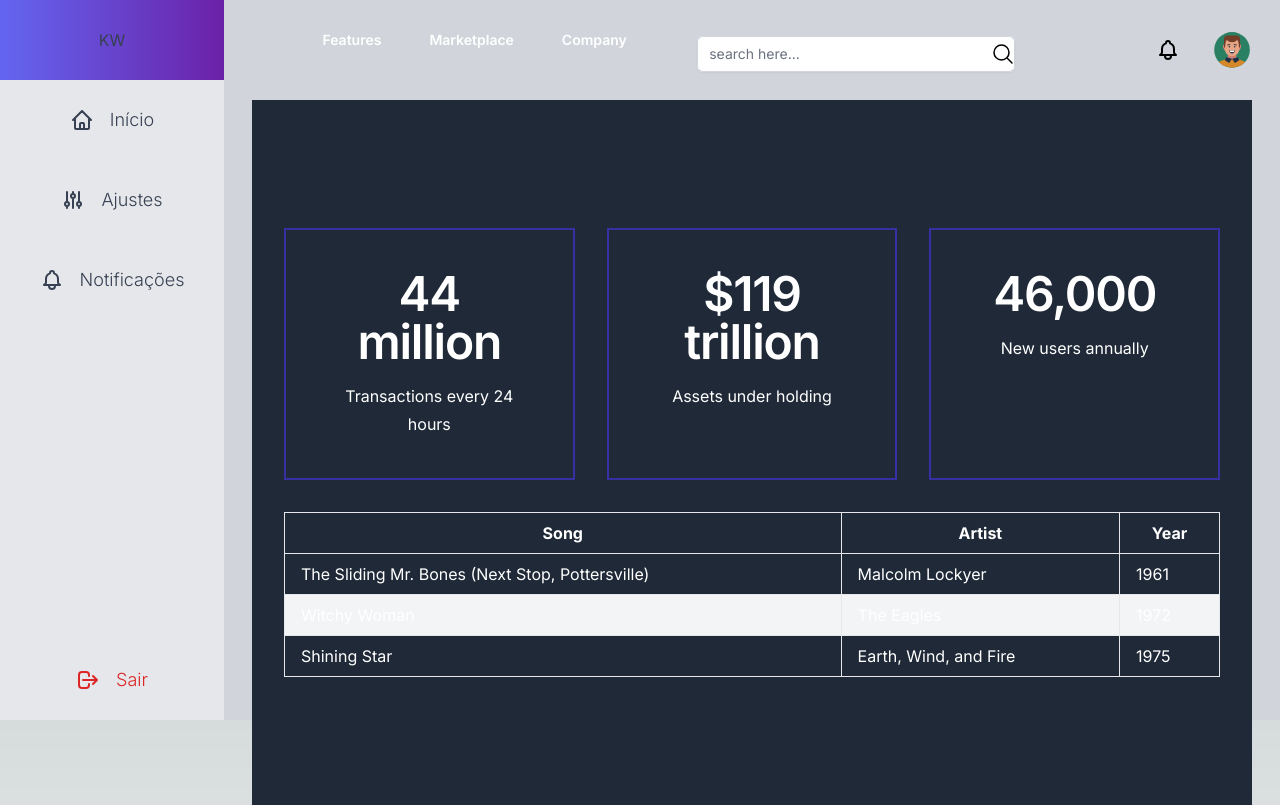
Repository: KennedyWanderson/AdminDashboard
Page: / (app in Code/admindashboard/)
An editor plug-in stored every save of this project. The page is shown before and after a run of saves, followed by the edit.
The browser window is 1280 px wide. The pictures show the whole page.
The project was rebuilt for these pictures with package versions that can differ from the ones it lists, and the page was loaded fresh each time. The framework's server and built-in components were replaced by stand-ins that run in the browser. Also part of the build but not shown: Code/admindashboard/next.config.mjs.

Above is the page before, as saved 2024-06-23 15:53:32.

### Code/admindashboard/src/app/layout.js
import { Inter } from "next/font/google";
import "./globals.css";

const inter = Inter({ subsets: ["latin"] });

export const metadata = {
  title: "Admin Dashboard",
  description: "Generated by Kennedy Wanderson",
};

export default function RootLayout({ children }) {
  return (
    <html lang="en">
      <body className={inter.className}>{children}</body>
    </html>
  );
}

### Code/admindashboard/src/app/page.js
import Layout from "@/components/Layout";

export default function Home() {
  return (
    <Layout>
      Content
    </Layout>
  )
}

### Code/admindashboard/src/components/Layout.jsx
"use client";

import { useState } from "react";
import Content from "./Content";
import Header from "./Header";
import LateralMenu from "./LateralMenu";
import HomePage from "./Home";


export default function Layout() {
    const [activeComponent, setActiveComponent] = useState("HomePage");

    const renderActiveComponent = () => {
        switch (activeComponent) {
            case "HomePage":
                return <HomePage />;
            default:
                return <HomePage />;
        }
    };

    return (
        <div className={`flex h-screen w-screen`}>
            <LateralMenu setActiveComponent={setActiveComponent} />
            <div className={`
                flex flex-col w-full p-7
                bg-gray-300 dark:bg-gray-800
            `}>
                <Header />
                <Content>
                    {renderActiveComponent()}
                </Content>
            </div>
        </div>
    );
}

### Code/admindashboard/src/components/Content.jsx
export default function Content({ children }) {
    return (
        <div className={`
            flex flex-col mt-7
            dark:text-gray-200
        `}>
            {children}
        </div>
    );
}

### Code/admindashboard/src/components/Header.jsx
import AvatarUsuario from "./UserAvatar";
import { IconeSearch, IconeSino } from "./icons";

export default function Header({ titulo, subtitulo }) {


    return (
        <div className={`flex`}>
            <div>
                <h1 className={`
                font-black text-3xl
                text-gray-900 dark:text-gray-100
            `}>
                    {titulo}
                </h1>
                <h2 className={`
                font-light text-sm
                dark:text-gray-300
            `}>
                    {subtitulo}
                </h2>
            </div>
            <header className="flex flex-grow justify-center text-white">
                <nav className=" justify-center" aria-label="Global">

                    <div className="hidden lg:flex lg:gap-x-12">

                        <a href="#" className="text-sm font-semibold leading-6 text-white">Features</a>
                        <a href="#" className="text-sm font-semibold leading-6 text-white">Marketplace</a>
                        <a href="#" className="text-sm font-semibold leading-6 text-white">Company</a>
                    </div>


                </nav>

            </header>
            <div>
                <div className="relative mt-2 rounded-md shadow-sm">
                    <div className="pointer-events-none absolute inset-y-0 left-0 flex items-center pl-3">
                        <span className="text-gray-500 sm:text-sm">search here...</span>
                    </div>
                    <input type="text" name="search" id="search" className="block w-full rounded-md border-0 py-1.5 pl-7 pr-20 text-gray-900 ring-1 ring-inset ring-gray-300 placeholder:text-gray-400 focus:ring-2 focus:ring-inset focus:ring-indigo-600 sm:text-sm sm:leading-6" />
                    <div className="absolute inset-y-0 right-0 flex items-center">
                        {IconeSearch}
                    </div>
                </div>
            </div>

            <div className={`flex flex-grow justify-end items-center gap-8`}>

                {IconeSino}
                <AvatarUsuario />
            </div>
        </div>
    )
}

### Code/admindashboard/src/components/LateralMenu.jsx
"use client";

import MenuItem from "./ItemMenu";
import { IconeAjustes, IconeCasa, IconeSair, IconeSino } from "./icons";

export default function LateralMenu({ setActiveComponent }) {
    return (
        <aside className={`
            flex flex-col items-center
            bg-gray-200 text-gray-700
            dark:bg-gray-900
        `}>
            <div className={`
                flex flex-col items-center justify-center
                bg-gradient-to-r from-indigo-500 to-purple-800
                h-20 w-56
            `}>
                KW
            </div>
            <ul className="flex-grow">
                <MenuItem
                    texto="Início"
                    icone={IconeCasa}
                    onClick={() => setActiveComponent('HomePage')}
                />
                <MenuItem
                    texto="Ajustes"
                    icone={IconeAjustes}
                    onClick={() => setActiveComponent('Ajustes')}
                />
                <MenuItem
                    texto="Notificações"
                    icone={IconeSino}
                    onClick={() => setActiveComponent('Notificacoes')}
                />
            </ul>
            <ul>
                <MenuItem
                    texto="Sair"
                    icone={IconeSair}
                    className={`
                        text-red-600 dark:text-red-400
                        hover:bg-red-400 hover:text-white
                        dark:hover:text-white
                    `}
                />
            </ul>
        </aside>
    );
}

### Code/admindashboard/src/components/Home.jsx
export default function HomePage() {
    return (
        <div className="py-24 sm:py-32 bg-gray-800">
            <div className="mx-auto max-w-7xl px-6 lg:px-8">
                <dl className="grid grid-cols-1 gap-x-8 gap-y-16 text-center lg:grid-cols-3">
                    <div className="mx-auto flex max-w-xs flex-col w-full border-2 p-10 border-indigo-800 gap-y-4">
                        <dt className="text-base leading-7 text-white">Transactions every 24 hours</dt>
                        <dd className="order-first text-3xl font-semibold tracking-tight text-white sm:text-5xl">44 million</dd>
                    </div>
                    <div className="mx-auto flex max-w-xs flex-col w-full border-2 p-10 border-indigo-800 gap-y-4">
                        <dt className="text-base leading-7 text-white">Assets under holding</dt>
                        <dd className="order-first text-3xl font-semibold tracking-tight text-white sm:text-5xl">$119 trillion</dd>
                    </div>
                    <div className="mx-auto flex max-w-xs flex-col w-full border-2 p-10 border-indigo-800 gap-y-4">
                        <dt className="text-base leading-7 text-white">New users annually</dt>
                        <dd className="order-first text-3xl font-semibold tracking-tight text-white sm:text-5xl">46,000</dd>
                    </div>
                </dl>

                <table className="table-auto w-full mt-8 text-white">
                    <thead>
                        <tr className="">
                            <th className="px-4 py-2 border">Song</th>
                            <th className="px-4 py-2 border">Artist</th>
                            <th className="px-4 py-2 border">Year</th>
                        </tr>
                    </thead>
                    <tbody>
                        <tr className="even:bg-gray-100">
                            <td className="px-4 py-2 border">The Sliding Mr. Bones (Next Stop, Pottersville)</td>
                            <td className="px-4 py-2 border">Malcolm Lockyer</td>
                            <td className="px-4 py-2 border">1961</td>
                        </tr>
                        <tr className="even:bg-gray-100">
                            <td className="px-4 py-2 border">Witchy Woman</td>
                            <td className="px-4 py-2 border">The Eagles</td>
                            <td className="px-4 py-2 border">1972</td>
                        </tr>
                        <tr className="even:bg-gray-100">
                            <td className="px-4 py-2 border">Shining Star</td>
                            <td className="px-4 py-2 border">Earth, Wind, and Fire</td>
                            <td className="px-4 py-2 border">1975</td>
                        </tr>
                    </tbody>
                </table>
            </div>
        </div>
    )
}

### Code/admindashboard/src/components/UserAvatar.jsx


export default function AvatarUsuario({className}) {
    return (
            <img
                src={'/images/avatar.svg'}
                alt="Avatar do Usuário"
                className={`
                    h-10 w-10 rounded-full cursor-pointer
                    ${className}
                `}
            />

    )
}

### Code/admindashboard/src/components/icons/index.jsx
// Pra mais icones acessar... https://heroicons.com/

export const IconeSearch = (
    <svg xmlns="http://www.w3.org/2000/svg" fill="none" viewBox="0 0 24 24" strokeWidth={1.5} stroke="currentColor" className="size-6">
  <path strokeLinecap="round" strokeLinejoin="round" d="m21 21-5.197-5.197m0 0A7.5 7.5 0 1 0 5.196 5.196a7.5 7.5 0 0 0 10.607 10.607Z" />
</svg>


)

export const IconeCasa = (
    <svg xmlns="http://www.w3.org/2000/svg" className="h-6 w-6" fill="none" viewBox="0 0 24 24" stroke="currentColor">
        <path strokeLinecap="round" strokeLinejoin="round" strokeWidth={2} d="M3 12l2-2m0 0l7-7 7 7M5 10v10a1 1 0 001 1h3m10-11l2 2m-2-2v10a1 1 0 01-1 1h-3m-6 0a1 1 0 001-1v-4a1 1 0 011-1h2a1 1 0 011 1v4a1 1 0 001 1m-6 0h6" />
    </svg>
)

export const IconeAjustes = (
    <svg xmlns="http://www.w3.org/2000/svg" className="h-6 w-6" fill="none" viewBox="0 0 24 24" stroke="currentColor">
        <path strokeLinecap="round" strokeLinejoin="round" strokeWidth={2} d="M12 6V4m0 2a2 2 0 100 4m0-4a2 2 0 110 4m-6 8a2 2 0 100-4m0 4a2 2 0 110-4m0 4v2m0-6V4m6 6v10m6-2a2 2 0 100-4m0 4a2 2 0 110-4m0 4v2m0-6V4" />
    </svg>
)

export const IconeSino = (
    <svg xmlns="http://www.w3.org/2000/svg" className="h-6 w-6" fill="none" viewBox="0 0 24 24" stroke="currentColor">
        <path strokeLinecap="round" strokeLinejoin="round" strokeWidth={2} d="M15 17h5l-1.405-1.405A2.032 2.032 0 0118 14.158V11a6.002 6.002 0 00-4-5.659V5a2 2 0 10-4 0v.341C7.67 6.165 6 8.388 6 11v3.159c0 .538-.214 1.055-.595 1.436L4 17h5m6 0v1a3 3 0 11-6 0v-1m6 0H9" />
    </svg>
)

export const IconeSair = (
    <svg xmlns="http://www.w3.org/2000/svg" className="h-6 w-6" fill="none" viewBox="0 0 24 24" stroke="currentColor">
        <path strokeLinecap="round" strokeLinejoin="round" strokeWidth={2} d="M17 16l4-4m0 0l-4-4m4 4H7m6 4v1a3 3 0 01-3 3H6a3 3 0 01-3-3V7a3 3 0 013-3h4a3 3 0 013 3v1" />
    </svg>
)

export const IconeSol = (tamanho = 6) => (
    <svg xmlns="http://www.w3.org/2000/svg" className={`h-${tamanho} w-${tamanho}`} fill="none" viewBox="0 0 24 24" stroke="currentColor">
        <path strokeLinecap="round" strokeLinejoin="round" strokeWidth={2} d="M12 3v1m0 16v1m9-9h-1M4 12H3m15.364 6.364l-.707-.707M6.343 6.343l-.707-.707m12.728 0l-.707.707M6.343 17.657l-.707.707M16 12a4 4 0 11-8 0 4 4 0 018 0z" />
    </svg>
)

export const IconeLua = (tamanho = 6) => (
    <svg xmlns="http://www.w3.org/2000/svg" className={`h-${tamanho} w-${tamanho}`} fill="none" viewBox="0 0 24 24" stroke="currentColor">
        <path strokeLinecap="round" strokeLinejoin="round" strokeWidth={2} d="M20.354 15.354A9 9 0 018.646 3.646 9.003 9.003 0 0012 21a9.003 9.003 0 008.354-5.646z" />
    </svg>
)

export const IconeAtencao = (tamanho = 1) => (
    <svg xmlns="http://www.w3.org/2000/svg" className={`h-${tamanho} w-${tamanho}`} fill="none" viewBox="0 0 24 24" stroke="currentColor">
        <path strokeLinecap="round" strokeLinejoin="round" strokeWidth={2} d="M12 9v2m0 4h.01m-6.938 4h13.856c1.54 0 2.502-1.667 1.732-3L13.732 4c-.77-1.333-2.694-1.333-3.464 0L3.34 16c-.77 1.333.192 3 1.732 3z" />
    </svg>
)

### Code/admindashboard/src/components/ItemMenu.jsx

export default function MenuItem({ texto, icone, url, className, onClick }) {
    function renderizarLink() {
        return (
            <div className={`
                flex justify-center items-center
                h-20 w-56 gap-4
                dark:text-gray-200
                ${className}
            `}>
                {icone}
                <span className="text-lg font-light">
                    {texto}
                </span>
            </div>
        );
    }

    return (
        <li
            onClick={onClick}
            className={`
                hover:bg-gray-100 dark:hover:bg-gray-800
                cursor-pointer
            `}
        >
            {url ? (
                <a href={url}>
                    {renderizarLink()}
                </a>
            ) : (
                renderizarLink()
            )}
        </li>
    );
}

Loaded but not shown: Code/admindashboard/src/app/globals.css (common file); Code/admindashboard/tailwind.config.js (common file)

After the next 2 saves:
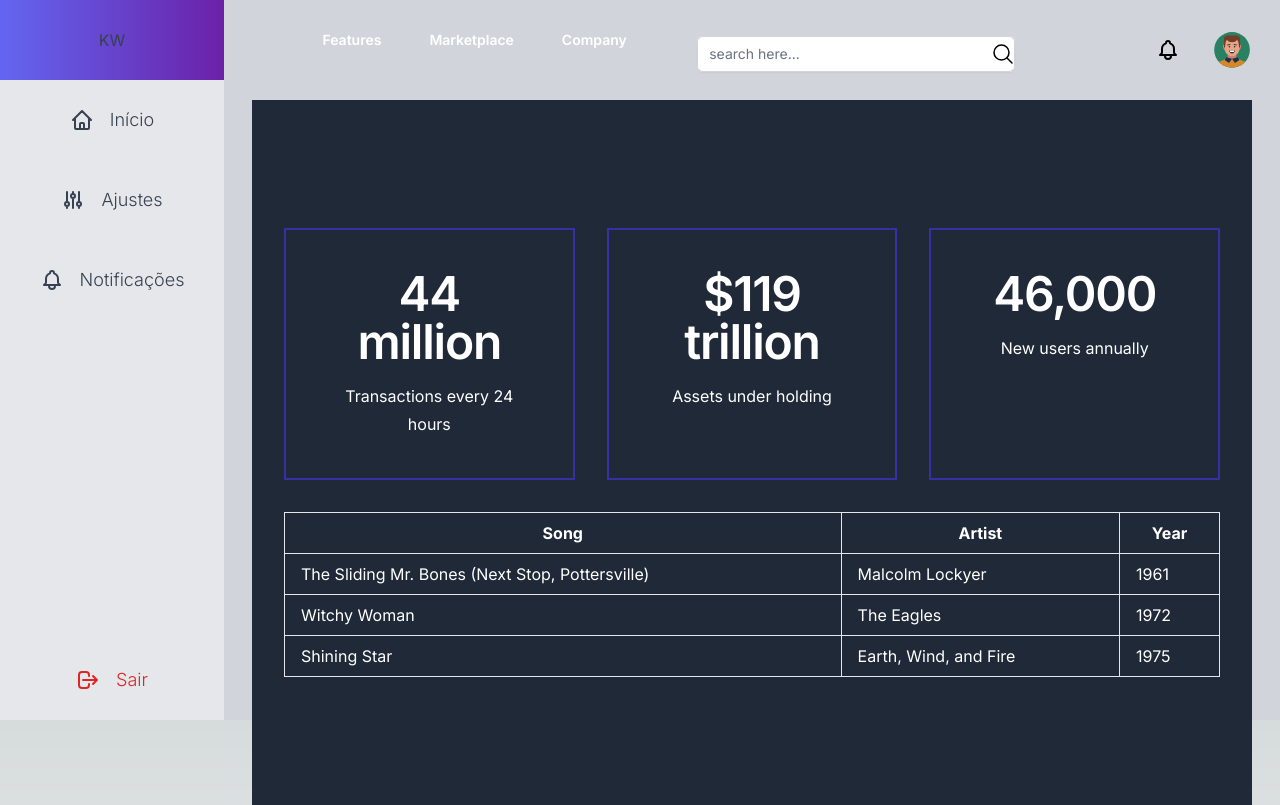
The 2 saves are shown as one change because they came seconds apart.
The last was saved 16 s later.
--- a/Code/admindashboard/src/components/Home.jsx
+++ b/Code/admindashboard/src/components/Home.jsx
@@ -26,12 +26,12 @@ export default function HomePage() {
                         </tr>
                     </thead>
                     <tbody>
-                        <tr className="even:bg-gray-100">
+                        <tr className="">
                             <td className="px-4 py-2 border">The Sliding Mr. Bones (Next Stop, Pottersville)</td>
                             <td className="px-4 py-2 border">Malcolm Lockyer</td>
                             <td className="px-4 py-2 border">1961</td>
                         </tr>
-                        <tr className="even:bg-gray-100">
+                        <tr className="">
                             <td className="px-4 py-2 border">Witchy Woman</td>
                             <td className="px-4 py-2 border">The Eagles</td>
                             <td className="px-4 py-2 border">1972</td>
